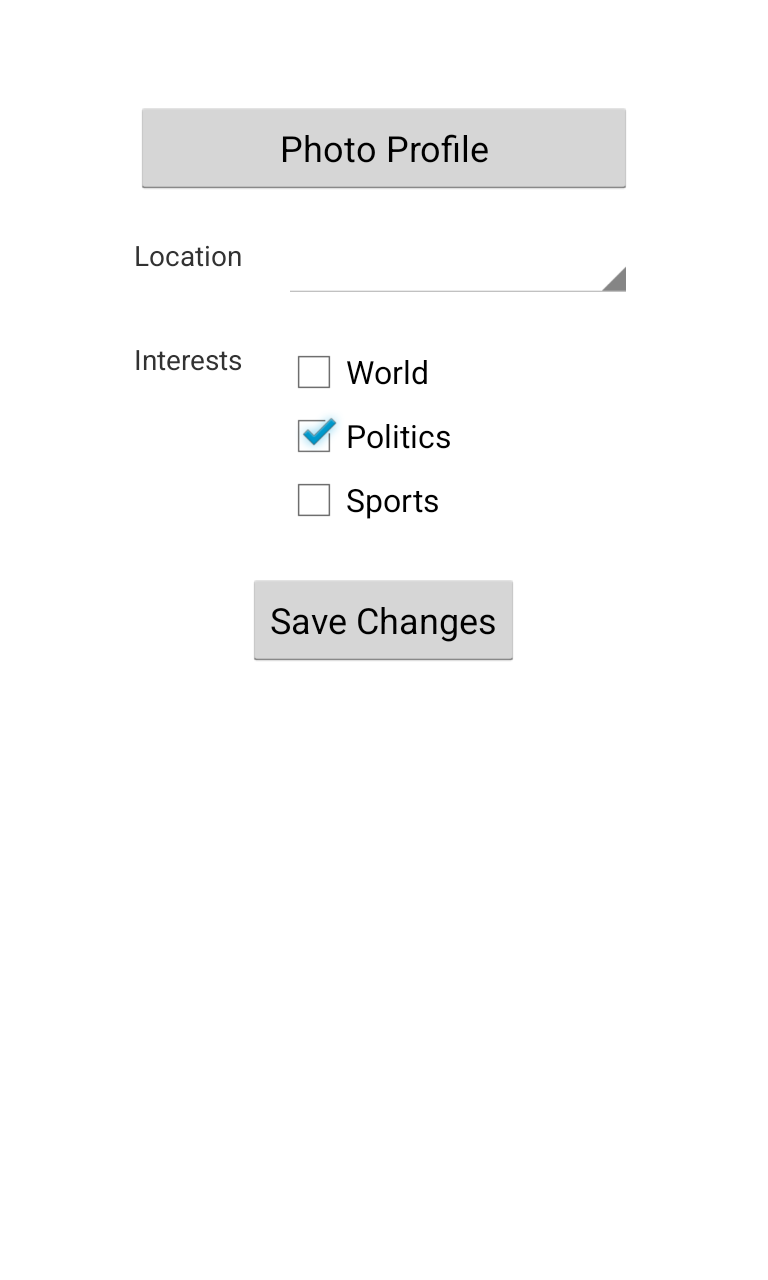
Repository: elvispap/The_Voice_of_People_Android_app
Layout: Voice of People/res/layout/profile_settings.xml
These files come from the project's save history. The layout is drawn as it stood at one moment and after the next save; the edit follows.
It is drawn on a 768 x 1280 px phone screen (xhdpi) without system bars, with theme AppTheme; the app's code is not run.

Above is the layout before, as saved 2014-01-06 23:46:48.

After the next save:
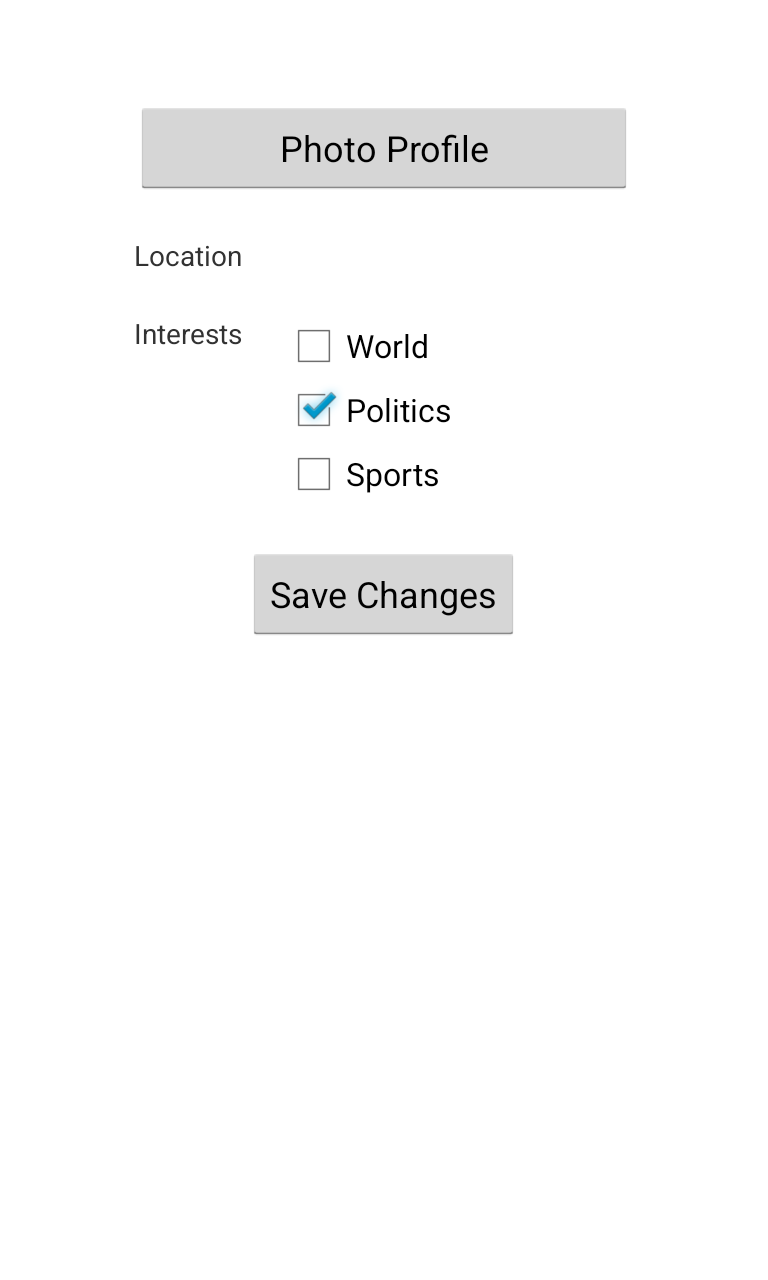
Saved 20 min 55 s later.
--- a/Voice of People/res/layout/profile_settings.xml
+++ b/Voice of People/res/layout/profile_settings.xml
@@ -30,12 +30,7 @@
             android:layout_width="wrap_content"
             android:layout_height="wrap_content"
             android:text="Location" />
-         <Spinner
-		        android:id="@+id/location"
-		        android:layout_width="match_parent"
-		        android:layout_height="wrap_content"
-		        android:layout_marginLeft="20dp"
-		    />
+
     </LinearLayout>
 
     <LinearLayout android:layout_width="250dp"
